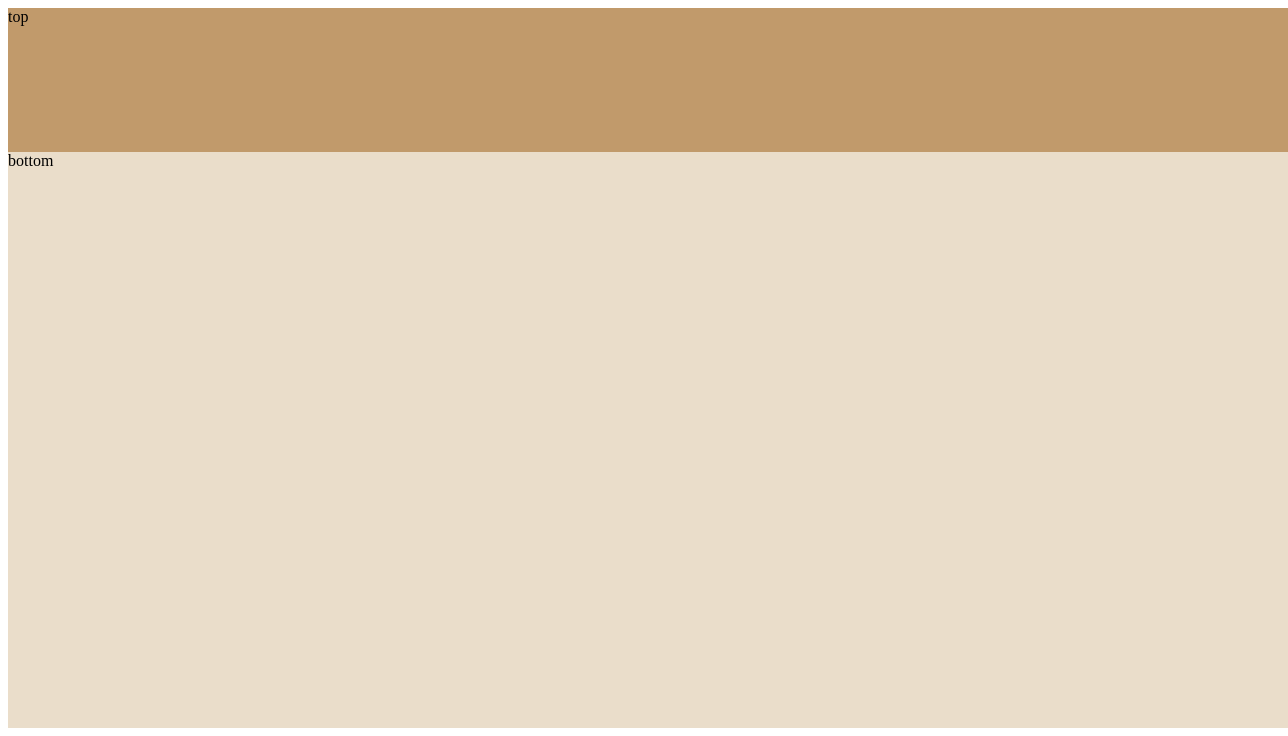
Repository: joshliu14/Travel-Mug
Page: /search
The author's editor kept a copy of each file at every save. The page is drawn from the files as they stood at one save, then again after the next save.
The browser window is 1280 px wide. The page is 1288 px wide, then 1280 px, so the pictures cover 1288 px, including what lies to the right of the window. The pictures show the whole page.
The project was rebuilt for these pictures with package versions that can differ from the ones it lists, and the page was loaded fresh each time.

Above is the page before, as saved 2024-01-02 11:56:00.

### public/index.html
<!DOCTYPE html>
<html lang="en">
  <head>
    <meta charset="utf-8" />
    <link rel="icon" href="%PUBLIC_URL%/favicon.ico" />
    <meta name="viewport" content="width=device-width, initial-scale=1" />
    <meta name="theme-color" content="#000000" />
    <meta
      name="description"
      content="Web site created using create-react-app"
    />
    <link rel="apple-touch-icon" href="%PUBLIC_URL%/logo192.png" />
    <!--
      manifest.json provides metadata used when your web app is installed on a
      user's mobile device or desktop. See https://developers.google.com/web/fundamentals/web-app-manifest/
    -->
    <link rel="manifest" href="%PUBLIC_URL%/manifest.json" />
    <!--
      Notice the use of %PUBLIC_URL% in the tags above.
      It will be replaced with the URL of the `public` folder during the build.
      Only files inside the `public` folder can be referenced from the HTML.

      Unlike "/favicon.ico" or "favicon.ico", "%PUBLIC_URL%/favicon.ico" will
      work correctly both with client-side routing and a non-root public URL.
      Learn how to configure a non-root public URL by running `npm run build`.
    -->
    <title>Travel Mug</title>
  </head>
  <body>
    <noscript>You need to enable JavaScript to run this app.</noscript>
    <div id="root"></div>
    <!--
      This HTML file is a template.
      If you open it directly in the browser, you will see an empty page.

      You can add webfonts, meta tags, or analytics to this file.
      The build step will place the bundled scripts into the <body> tag.

      To begin the development, run `npm start` or `yarn start`.
      To create a production bundle, use `npm run build` or `yarn build`.
    -->
  </body>
</html>

### src/index.js
import React from "react";
import ReactDOM from "react-dom";
import App from "./App";

import { BrowserRouter } from "react-router-dom";

ReactDOM.render(
  <BrowserRouter>
    <App />
  </BrowserRouter>,
  document.getElementById("root")
);

### src/App.js
import React from "react";
import Home from "./Home";

import { Switch, Route } from "react-router-dom";

const App = () => {
  return (
    <Switch>
      <Route exact path="/search">
        <Home />
      </Route>
    </Switch>
  );
};

export default App;

### src/Home.js
import React from "react";
import "./Home.css";

class Search extends React.Component {
  render() {
    return (
      <div>
        <div className="top">top</div>
        <div className="bottom">bottom</div>
      </div>
    );
  }
}

export default Search;

### src/Home.css
.top {
  background-color: #c19a6b;
  min-width: 100vw;
  min-height: 20vh;
}

.bottom {
  background-color: #eaddca;
  min-width: 100vw;
  min-height: 80vh;
}

### public/index.css
html,
body {
  margin: 0px;
  padding: 0px;
}

body {
  overflow: hidden;
}

After the next save:
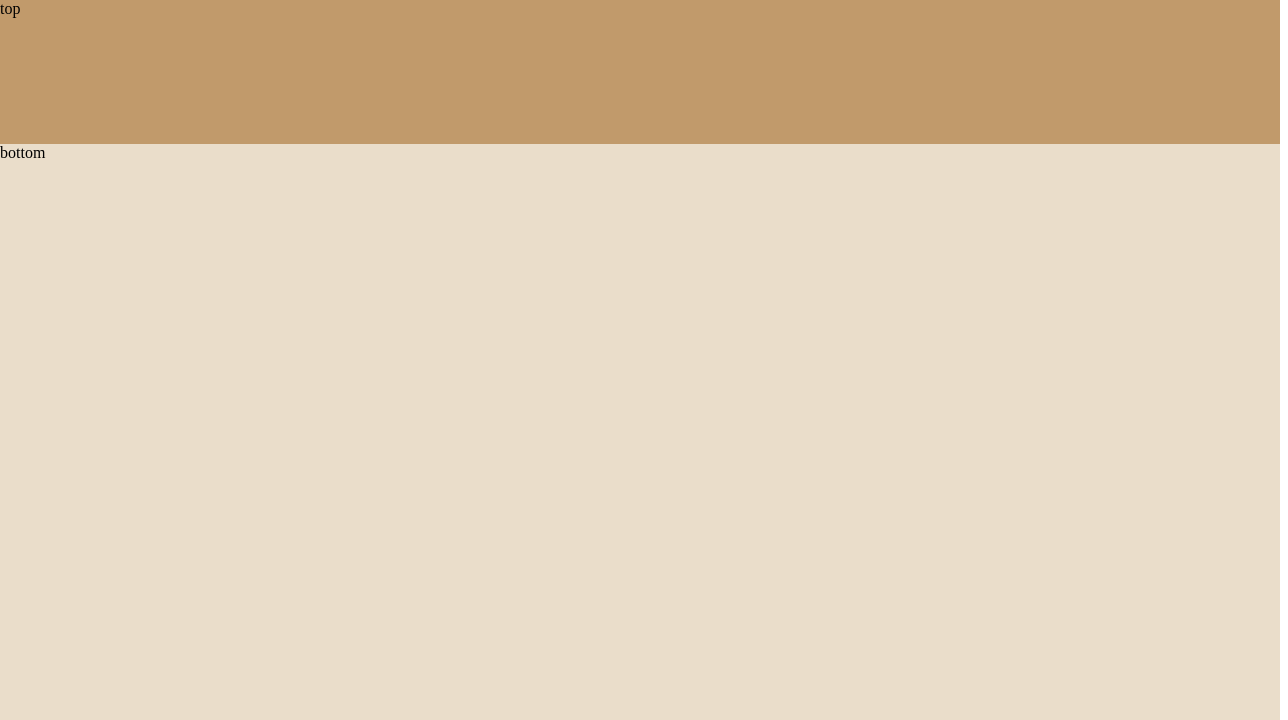
Saved 98 s later.
--- a/public/index.html
+++ b/public/index.html
@@ -3,6 +3,7 @@
   <head>
     <meta charset="utf-8" />
     <link rel="icon" href="%PUBLIC_URL%/favicon.ico" />
+    <link rel="stylesheet" href="./index.css" />
     <meta name="viewport" content="width=device-width, initial-scale=1" />
     <meta name="theme-color" content="#000000" />
     <meta
